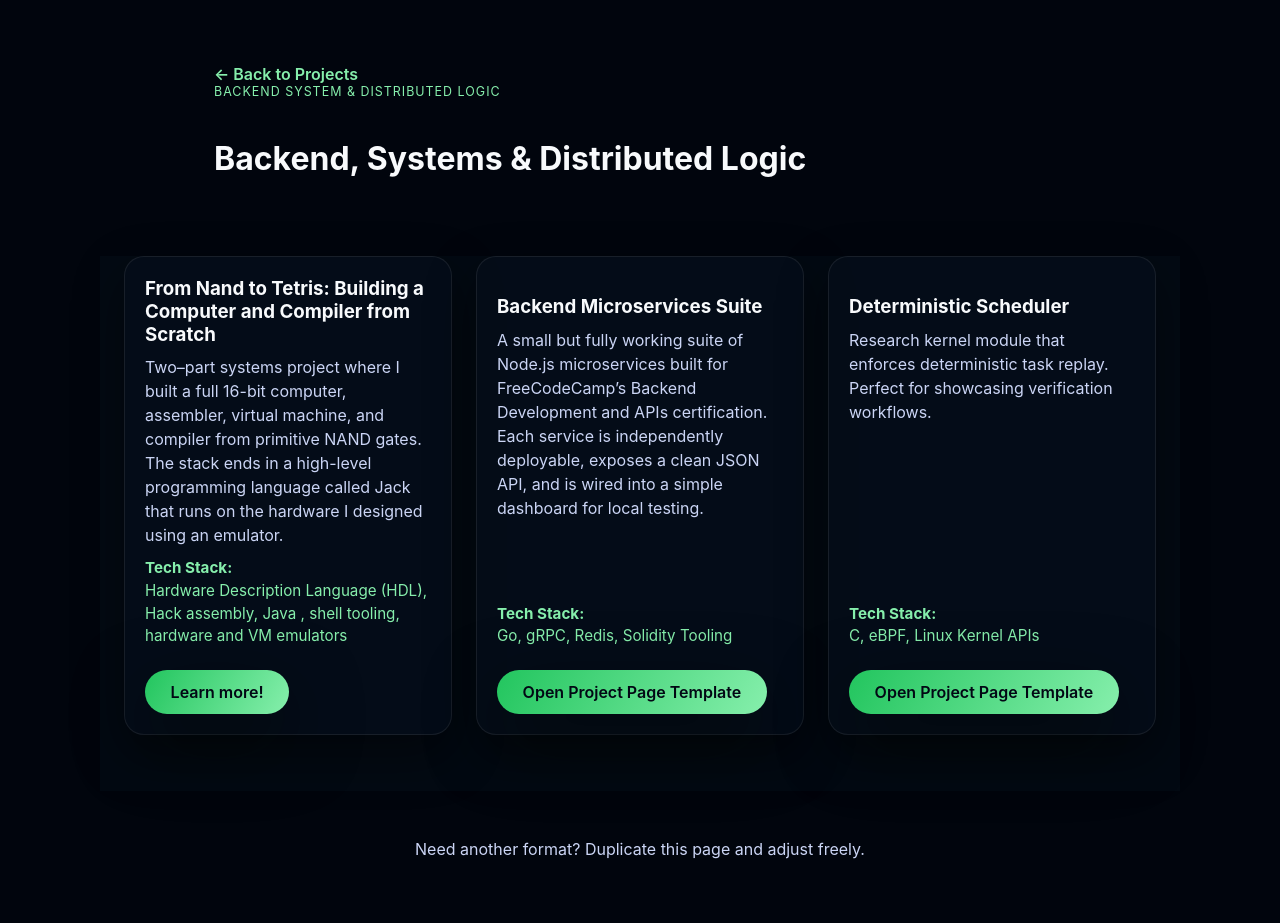
Repository: Abdulaziz-04/Abdulaziz-04.github.io
Page: projects/backend_systems.html
The author's editor kept a copy of each file at every save. The page is drawn from the files as they stood at one save, then again after the next save.
The browser window is 1280 px wide. The pictures show the whole page.

Above is the page before, as saved 2025-11-20 23:22:11.

After the next save:
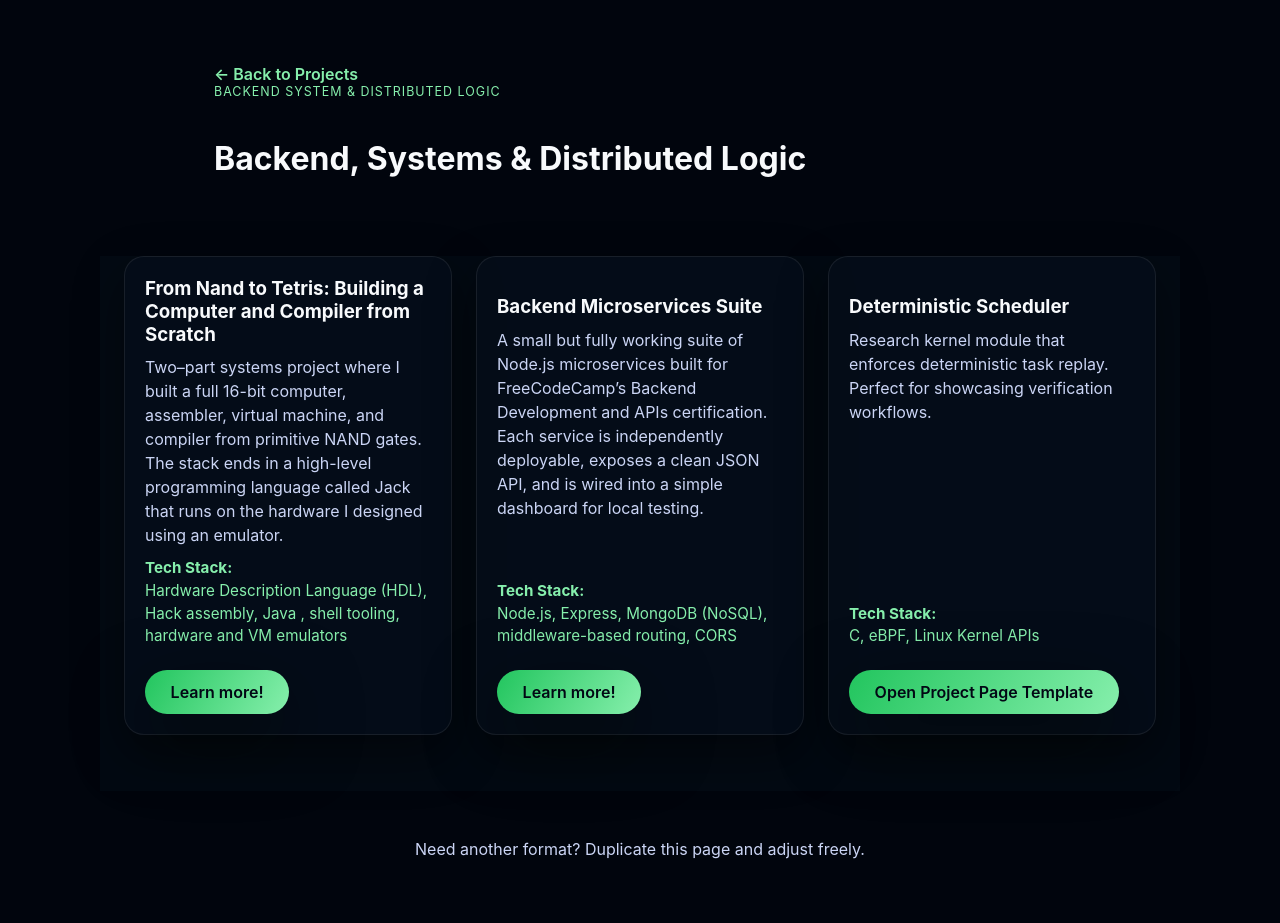
Saved 38 s later.
--- a/projects/backend_systems.html
+++ b/projects/backend_systems.html
@@ -55,11 +55,14 @@
               is wired into a simple dashboard for local testing.
             </p>
             <p class="project-modal__tech">
-              <strong>Tech Stack:</strong> Go, gRPC, Redis, Solidity Tooling
+              <strong>Tech Stack:</strong>
+              Node.js, Express, MongoDB (NoSQL), middleware-based routing, CORS
             </p>
             <div class="project-modal__actions">
-              <a class="btn primary" href="project-template.html"
-                >Open Project Page Template</a
+              <a
+                class="btn primary"
+                href="../deepdives/backend_systems/microservices/microservices.html"
+                >Learn more!</a
               >
             </div>
           </div>
